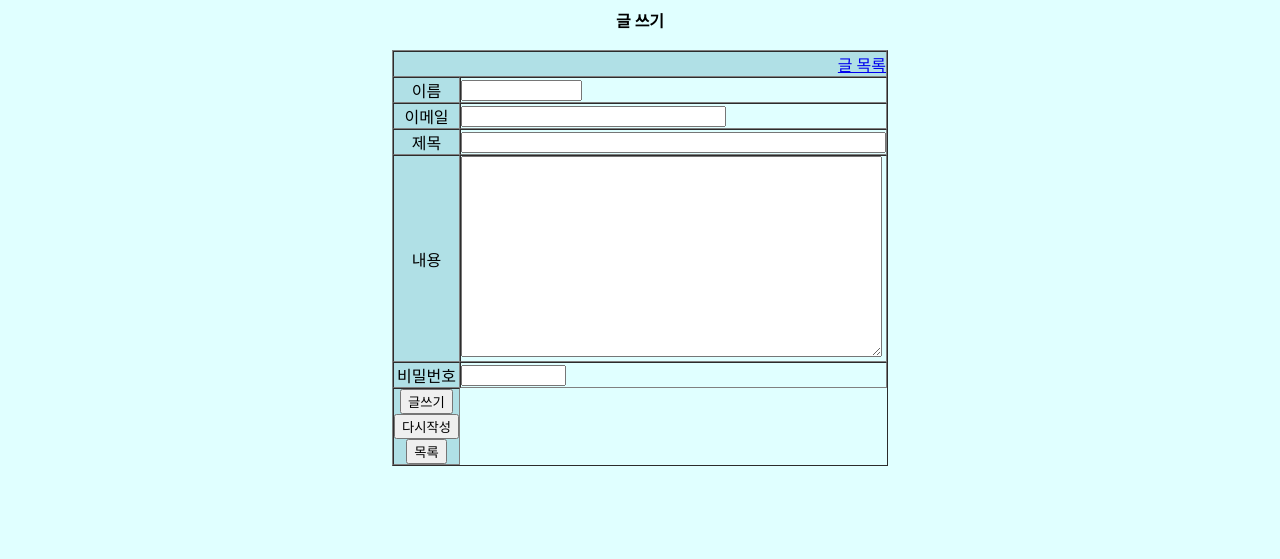
Repository: YEUMSEHWAN/JSP-Study
Page: http://localhost/ServletProjet/boardone/writeForm.jsp
The author's editor kept a copy of each file at every save. The page is drawn from the files as they stood at one save, then again after the next save.
The browser window is 1280 px wide. The pictures show the whole page.
The page is served by Tomcat 9.

Above is the page before, as saved 2022-08-16 07:13:22.

After the next save:
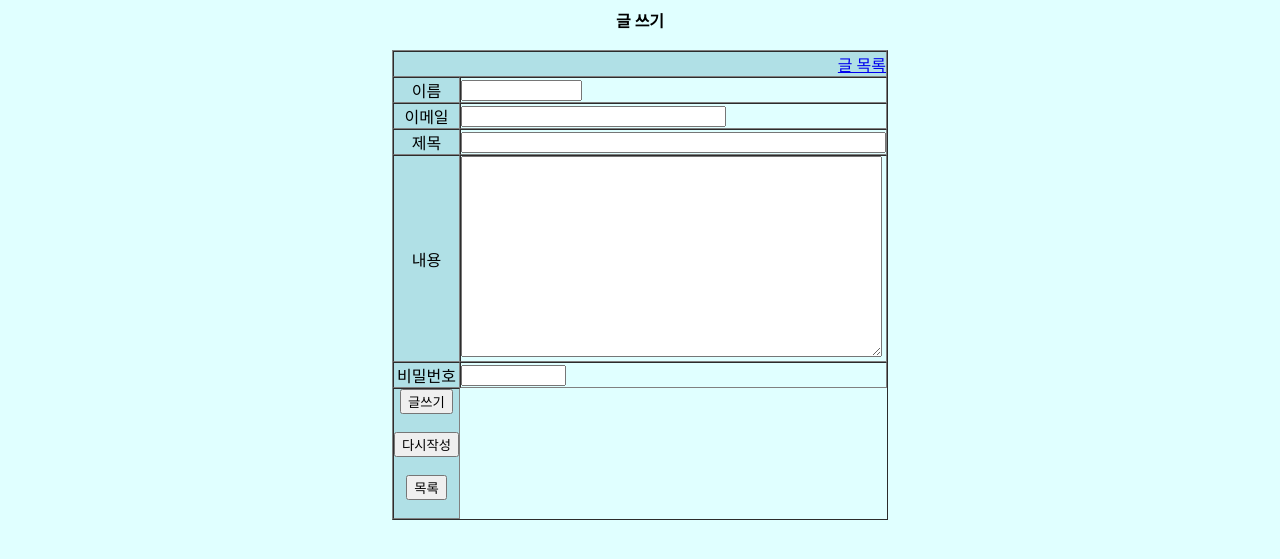
Saved 36 s later.
--- a/ServletProjet/src/main/webapp/boardone/writeForm.jsp
+++ b/ServletProjet/src/main/webapp/boardone/writeForm.jsp
@@ -60,9 +60,9 @@
 
 <tr>
 <td colsan = "2" bgcolor = "<%=value_c%>" align = "center">
-<input type = "submit" value = "글쓰기">
-<input type = "reset" value = "다시작성">
-<input type = "button" value = "목록" onclick = "window.location='list.jsp'">
+<input type = "submit" value = "글쓰기"><br><br>
+<input type = "reset" value = "다시작성"><br><br>
+<input type = "button" value = "목록" onclick = "window.location='list.jsp'"><br><br>
 </td>
 </tr>
 </table>
